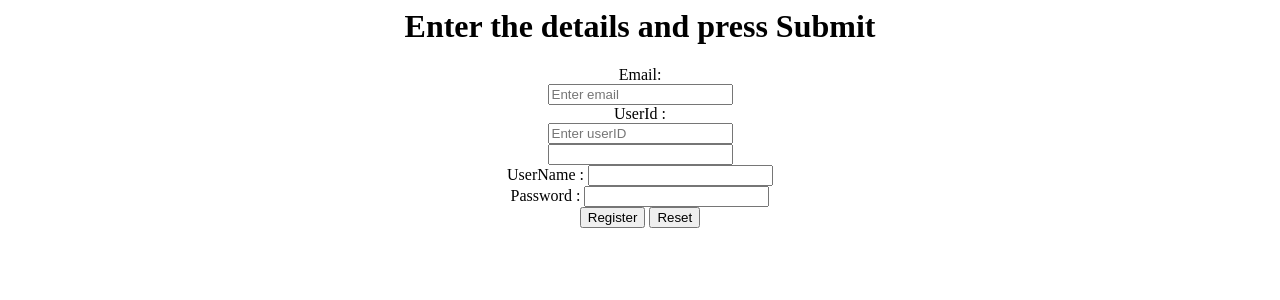
Repository: JamesArul/CLBSiteSTMT
Page: StudentsMeetFrontEnd/WebContent/User/Register.html
The author's editor kept a copy of each file at every save. The page is drawn from the files as they stood at one save, then again after the next save.
The browser window is 1280 px wide. The pictures show the whole page.

Above is the page before, as saved 2017-05-30 09:05:22.

### StudentsMeetFrontEnd/WebContent/User/Register.html
<div ng-controller="UserController as ctrl">
<center><h1>Enter the details and press Submit</h1></center>
<center>
<form ng-submit="ctrl.submit()" class="form-horizontal">
<div class="form-group">
    <label class="control-label col-sm-2" for="email">Email:</label>
    <div class="col-sm-10">
      <input type="email" class="form-control" id="email" placeholder="Enter email">
    </div>
  </div>
  <div class="form-group">
    <label class="control-label col-sm-2" for="userid">UserId :</label>
    <div class="col-sm-10">
      <input type="text" class="form-control" id="userid" placeholder="Enter userID"  ng-model="ctrl.user.userID">
    </div>
  </div>
 <input type="text" ng-model="ctrl.user.userID"/><br>
UserName : <input type="text" ng-model="ctrl.user.userName"><br>
Password : <input type="password" ng-model="ctrl.user.userPassword"><br>
<input type="submit" value="Register">
<button type="button" ng-click="ctrl.reset()">Reset</button>
</form>
</center>
</div>

After the next save:
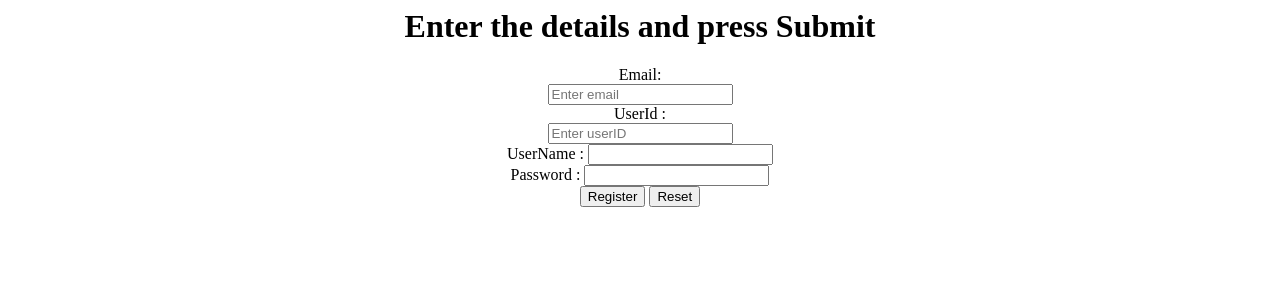
Saved 7 s later.
--- a/StudentsMeetFrontEnd/WebContent/User/Register.html
+++ b/StudentsMeetFrontEnd/WebContent/User/Register.html
@@ -14,7 +14,6 @@
       <input type="text" class="form-control" id="userid" placeholder="Enter userID"  ng-model="ctrl.user.userID">
     </div>
   </div>
- <input type="text" ng-model="ctrl.user.userID"/><br>
 UserName : <input type="text" ng-model="ctrl.user.userName"><br>
 Password : <input type="password" ng-model="ctrl.user.userPassword"><br>
 <input type="submit" value="Register">
